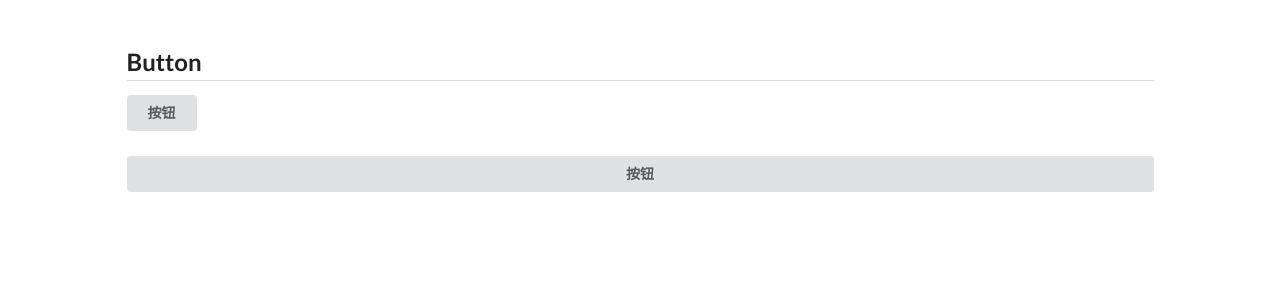
Repository: GOGOHQ/myblog
Page: index.html
An editor plug-in stored every save of this project. The page is shown before and after the next save, followed by the edit.
The browser window is 1280 px wide. The pictures show the whole page.
Some web libraries are served in a nearby version.

Above is the page before, as saved 2020-01-16 12:58:01.

### index.html
<!DOCTYPE html>
<html lang="en">

<head>
    <meta charset="UTF-8">
    <meta name="viewport" content="width=device-width, inital-scale=1.0">
    <title>首页</title>
    <link rel="stylesheet" href="https://cdn.jsdelivr.net/semantic-ui/2.2.4/semantic.min.css">
    <script src="https://cdn.jsdelivr.net/npm/jquery@3.2/dist/jqurey.min.js"></script>
    <script src="https://cdn.jsdelivr.net/semantic-ui/2.2.4/semantic.min.js"></script>
</head>

<body>
<div class="ui container" style="padding:50px">
    <h2 class="ui dividing header">Button</h2>
    <button class="ui button">按钮</button>
    <h2 class="ui dividing"></h2>
    <button class="ui button fluid">按钮</button>
</div>


</body>


</html>

After the next save:
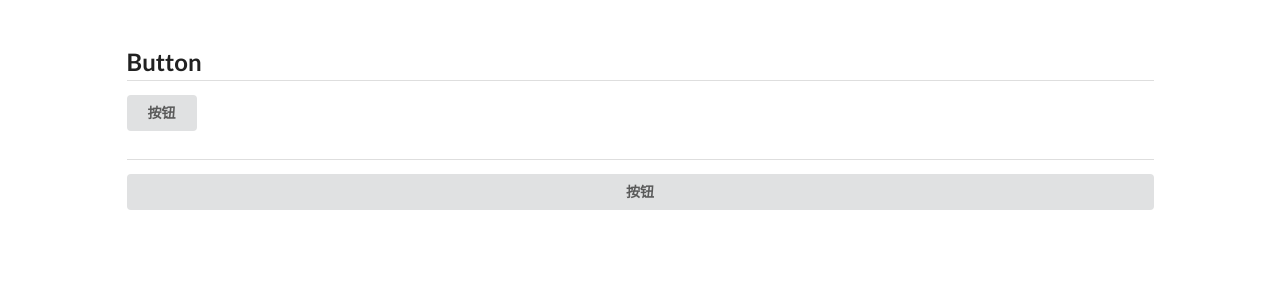
Saved 6 s later.
--- a/index.html
+++ b/index.html
@@ -14,7 +14,7 @@
 <div class="ui container" style="padding:50px">
     <h2 class="ui dividing header">Button</h2>
     <button class="ui button">按钮</button>
-    <h2 class="ui dividing"></h2>
+    <h2 class="ui dividing header"></h2>
     <button class="ui button fluid">按钮</button>
 </div>
 
